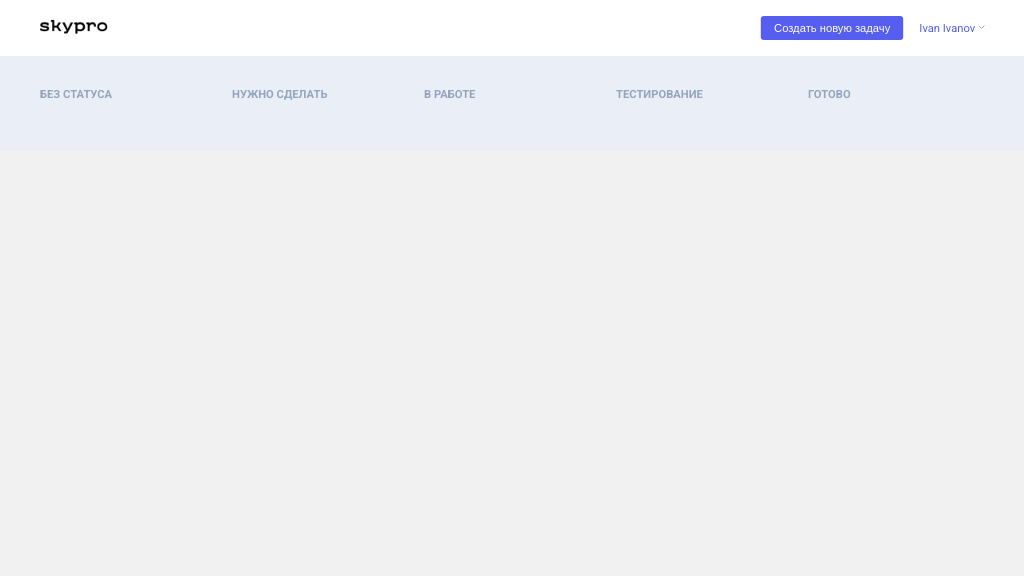
Repository: Olchik-resh/skypro-kanban
Page: /
The author's editor kept a copy of each file at every save. The page is drawn from the files as they stood at one save, then again after the next save.
The browser window is 1280 px wide. The pictures show the whole page, at 80% of full size.
The project was rebuilt for these pictures with package versions that can differ from the ones it lists, and the page was loaded fresh each time. Also part of the build but not shown: vite.config.js.

Above is the page before, as saved 2025-07-28 17:07:02.

After the next save:
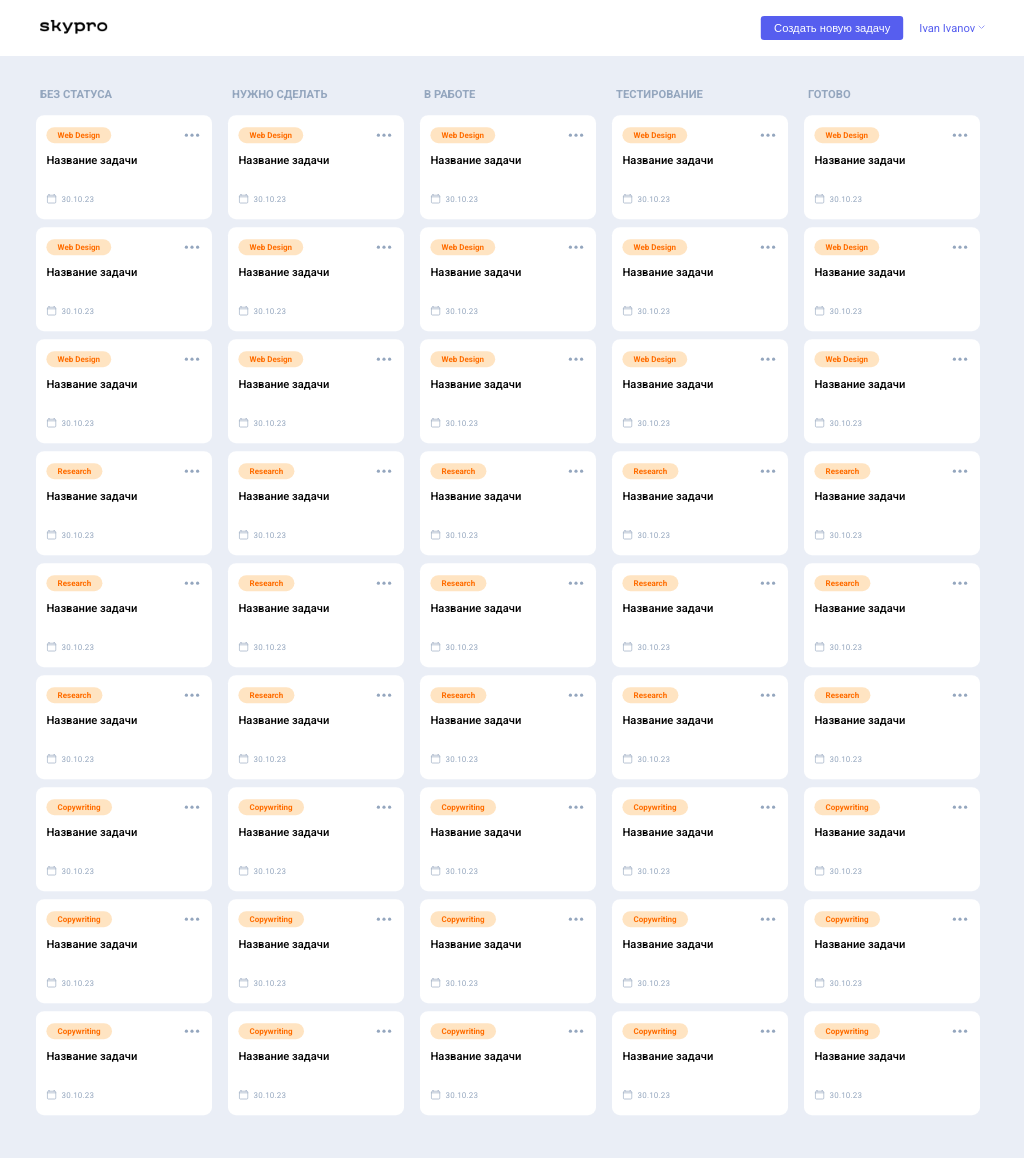
Saved 14 s later.
--- a/src/components/TaskColumn.vue
+++ b/src/components/TaskColumn.vue
@@ -4,7 +4,7 @@
       <p>{{ title }}</p>
     </div>
     <TaskCard
-      v-for="task in filteredTasks"
+      v-for="task in tasks"
       :key="task.id"
       :title="task.title"
       :status="task.status"
@@ -18,11 +18,9 @@
 import TaskCard from './TaskCard.vue'
 
 defineProps({
-  tasks: { type: Array, required: true },
-  title: { type: String, required: true },
-  status: { type: String, required: true }
+  tasks: { type: Array, require: true },
+  title: { type: String, require: true },
 })
-
 </script>
 
 <style lang="scss" scoped></style>
